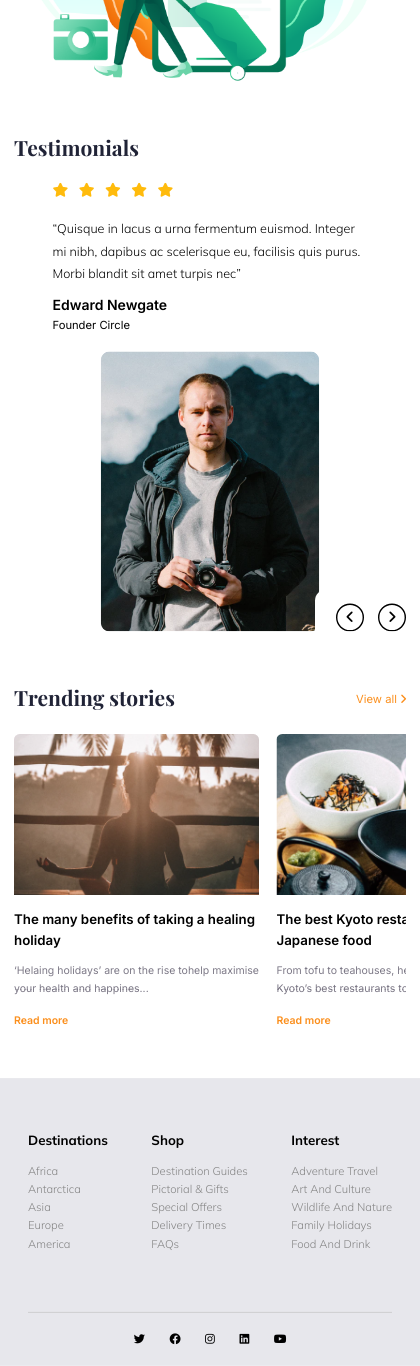
Repository: tranvinhluan/Explore---Travel
Page: index.html
An editor plug-in stored every save of this project. The page is shown before and after a run of saves, followed by the edit.
The browser window is 600 px wide. The pictures show the part of the page from y = 3333 to 5573 px (the page is 5284 px tall before and 5573 px after), at 70% of full size.
The style sheet was rebuilt from its Sass, Less or Tailwind sources for each picture, by a compiler version that may differ from the author's.

Above is the page before, as saved 2022-01-21 09:37:36.

After the next 2 saves:
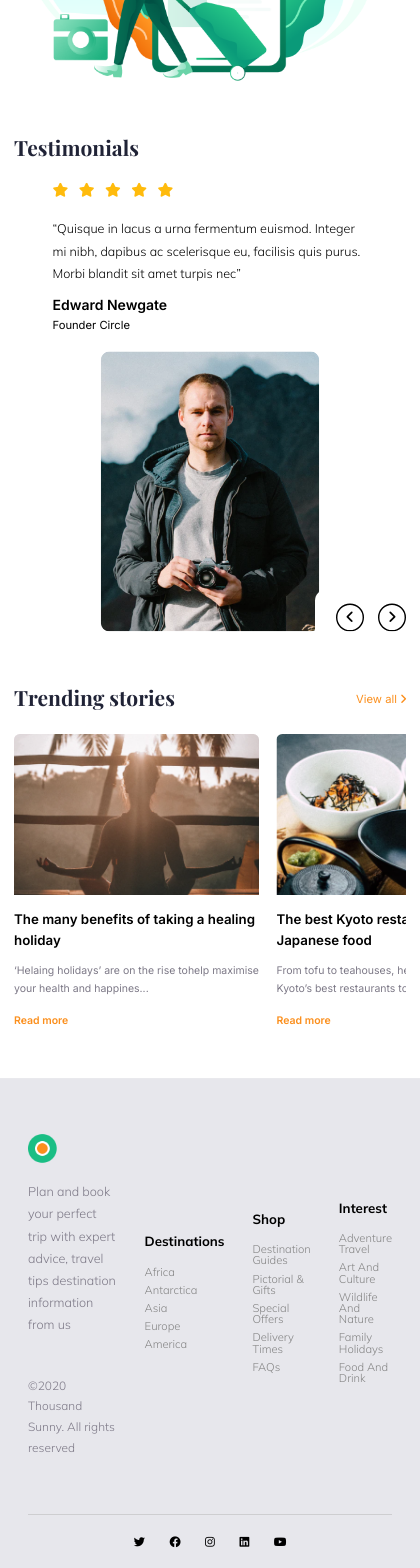
The 2 saves are shown as one change because they came seconds apart.
The last was saved 26 s later.
--- a/sass/_footer.scss
+++ b/sass/_footer.scss
@@ -64,7 +64,9 @@
       }
     }
     @media screen and (max-width: 767.98px) {
-
+      &-column:first-child {
+        display: block;
+      }
     }
 
 }

After the save that followed:
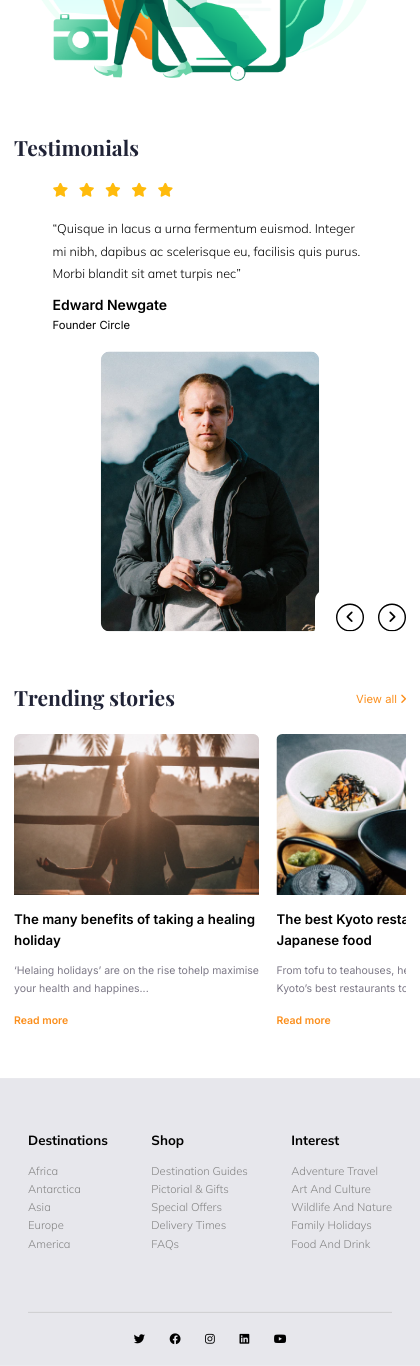
Saved 2 min 12 s later.
--- a/sass/_footer.scss
+++ b/sass/_footer.scss
@@ -64,9 +64,7 @@
       }
     }
     @media screen and (max-width: 767.98px) {
-      &-column:first-child {
-        display: block;
-      }
+
     }
 
 }
